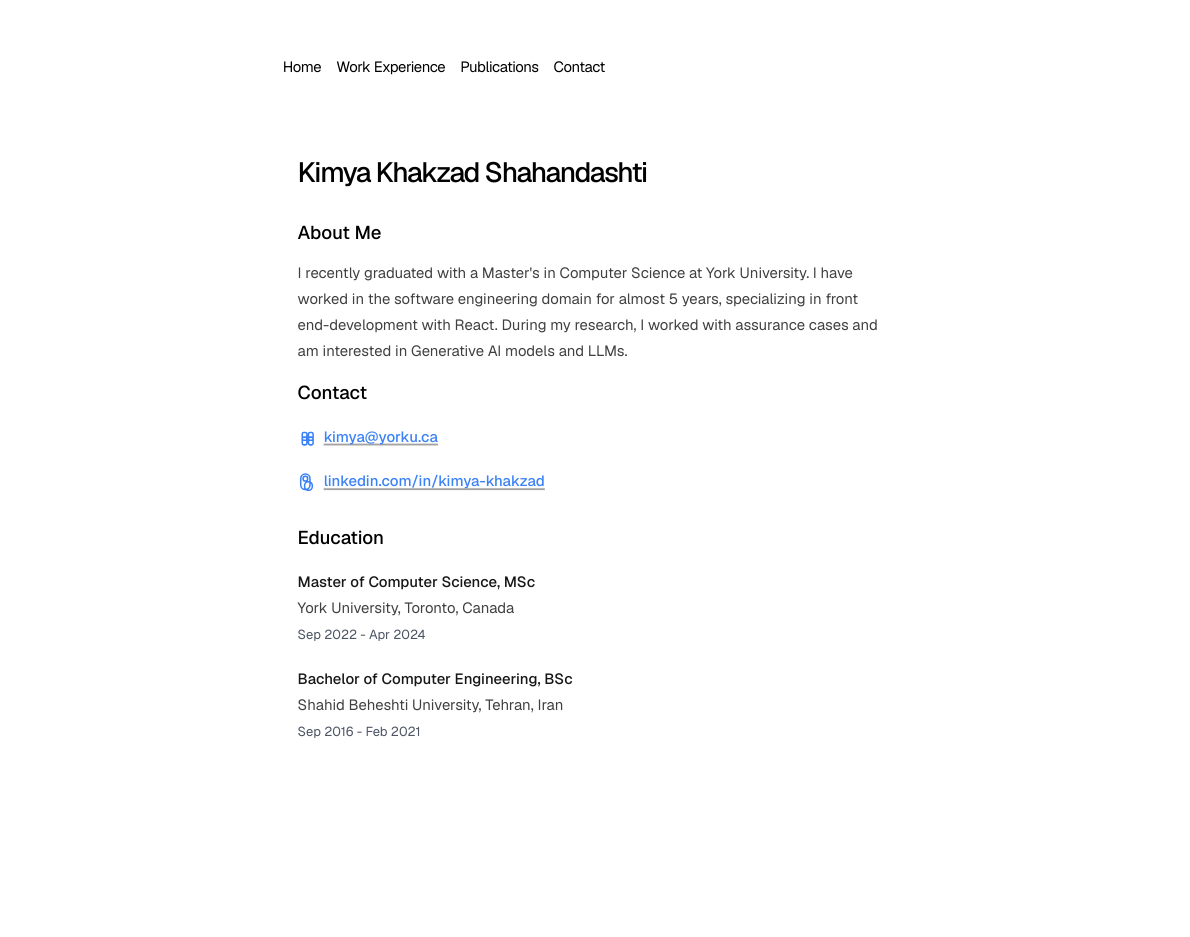
Repository: kimixz/kimixz.github.io
Page: /
An editor plug-in stored every save of this project. The page is shown before and after the next save, followed by the edit.
The browser window is 1280 px wide. The pictures show the whole page, at 93% of full size.
The project was rebuilt for these pictures with package versions that can differ from the ones it lists, and the page was loaded fresh each time. Some packages were replaced by stand-ins written for this rebuild. The framework's server and built-in components were replaced by stand-ins that run in the browser. Also part of the build but not shown: next.config.mjs, app/blog/[slug]/sandpack.tsx.

Above is the page before, as saved 2024-07-28 18:56:07.

### app/page.tsx
export default function Page() {
  return (
    <section className="max-w-3xl mx-auto p-4">
      <h1 className="font-medium text-3xl mb-8 tracking-tighter">Kimya Khakzad Shahandashti</h1>

      <section className="mb-8">
        <h2 className="font-medium text-xl mb-4">About Me</h2>
        <p className="prose prose-neutral dark:prose-invert">
          I recently graduated with a Master's in Computer Science at York University. I have worked in the software engineering domain for almost 5 years, specializing in front end-development with React.
          During my research, I worked with assurance cases and am interested in Generative AI models and LLMs.
        </p>
        <div className="mt-4">
          <h2 className="font-medium text-xl mb-4">Contact</h2>
          <p className="prose prose-neutral dark:prose-invert">
            <a href="mailto:kimya@yorku.ca" className="text-blue-500 flex items-center">
              <svg xmlns="http://www.w3.org/2000/svg" className="h-5 w-5 mr-2" fill="none" viewBox="0 0 24 24" stroke="currentColor">
                <path strokeLinecap="round" strokeLinejoin="round" strokeWidth={2} d="M16 12h2a2 2 0 012 2v6a2 2 0 01-2 2h-2a2 2 0 01-2-2v-6a2 2 0 012-2zm-8 0h2a2 2 0 012 2v6a2 2 0 01-2 2H8a2 2 0 01-2-2v-6a2 2 0 012-2zm8-6h2a2 2 0 012 2v6a2 2 0 01-2 2h-2a2 2 0 01-2-2V8a2 2 0 012-2zm-8 0h2a2 2 0 012 2v6a2 2 0 01-2 2H8a2 2 0 01-2-2V8a2 2 0 012-2z" />
              </svg>
              kimya@yorku.ca
            </a>
            <a href="https://linkedin.com/in/kimya-khakzad" className="text-blue-500 flex items-center mt-2">
              <svg xmlns="http://www.w3.org/2000/svg" className="h-5 w-5 mr-2" fill="none" viewBox="0 0 24 24" stroke="currentColor">
                <path strokeLinecap="round" strokeLinejoin="round" strokeWidth={2} d="M16 8a6 6 0 00-12 0v8a6 6 0 0012 0V8zm-6-3a3 3 0 110 6 3 3 0 010-6zm9 12a5 5 0 00-10 0v1a5 5 0 0010 0v-1z" />
              </svg>
              linkedin.com/in/kimya-khakzad
            </a>
          </p>
        </div>
      </section>

      <section className="mb-8">
        <h2 className="font-medium text-xl mb-4">Education</h2>
        <div className="prose prose-neutral dark:prose-invert">
          <div className="mb-4">
            <strong>Master of Computer Science, MSc</strong><br />
            York University, Toronto, Canada<br />
            <span className="text-sm text-gray-600 dark:text-gray-400">Sep 2022 - Apr 2024</span>
          </div>
          <div>
            <strong>Bachelor of Computer Engineering, BSc</strong><br />
            Shahid Beheshti University, Tehran, Iran<br />
            <span className="text-sm text-gray-600 dark:text-gray-400">Sep 2016 - Feb 2021</span>
          </div>
        </div>
      </section>
    </section>
  );
}

### app/global.css
@tailwind base;
@tailwind components;
@tailwind utilities;

::selection {
  background-color: #47a3f3;
  color: #fefefe;
}

:root {
  --sh-class: #2d5e9d;
  --sh-identifier: #354150;
  --sh-sign: #8996a3;
  --sh-string: #007f7a;
  --sh-keyword: #e02518;
  --sh-comment: #a19595;
  --sh-jsxliterals: #6266d1;
  --sh-property: #e25a1c;
  --sh-entity: #e25a1c;
}

@media (prefers-color-scheme: dark) {
  :root {
    --sh-class: #4c97f8;
    --sh-identifier: white;
    --sh-keyword: #f47067;
    --sh-string: #0fa295;
  }
  html {
    color-scheme: dark;
  }
}

html {
  min-width: 360px;
}

.prose .anchor {
  @apply absolute invisible no-underline;

  margin-left: -1em;
  padding-right: 0.5em;
  width: 80%;
  max-width: 700px;
  cursor: pointer;
}

.anchor:hover {
  @apply visible;
}

.prose a {
  @apply transition-all decoration-neutral-400 dark:decoration-neutral-600 underline-offset-2 decoration-[0.1em];
}

.prose .anchor:after {
  @apply text-neutral-300 dark:text-neutral-700;
  content: '#';
}

.prose *:hover > .anchor {
  @apply visible;
}

.prose pre {
  @apply bg-neutral-50 dark:bg-neutral-900 rounded-lg overflow-x-auto border border-neutral-200 dark:border-neutral-900;
}

.prose code {
  @apply px-1 py-0.5 rounded-lg;
}

.prose pre code {
  @apply p-0;
  border: initial;
  line-height: 1.5;
}

.prose code span {
  @apply font-medium;
}

.prose img {
  /* Don't apply styles to next/image */
  @apply m-0;
}

.prose h2,
h3,
h4 {
  @apply font-medium tracking-tighter !important;
}

.prose strong {
  @apply font-medium;
}

.prose > :first-child {
  /* Override removing top margin, causing layout shift */
  margin-top: 1.25em !important;
  margin-bottom: 1.25em !important;
}

pre::-webkit-scrollbar {
  display: none;
}

pre {
  -ms-overflow-style: none; /* IE and Edge */
  scrollbar-width: none; /* Firefox */
}

/* Remove Safari input shadow on mobile */
input[type='text'],
input[type='email'] {
  -webkit-appearance: none;
  -moz-appearance: none;
  appearance: none;
}

.prose .tweet a {
  text-decoration: inherit;
  font-weight: 500;
}

table {
  display: block;
  max-width: fit-content;
  overflow-x: auto;
  white-space: nowrap;
}

.prose .callout > p {
  margin: 0 !important;
}

.title {
  text-wrap: balance;
}

### app/components/nav.tsx
import Link from 'next/link';

const navItems = {
  '/': {
    name: 'Home',
  },
  '/work': {
    name: 'Work Experience',
  },
  '/publications': {
    name: 'Publications',
  },
  '/contact': {
    name: 'Contact',
  },
};

export function Navbar() {
  return (
    <aside className="-ml-[8px] mb-16 tracking-tight">
      <div className="lg:sticky lg:top-20">
        <nav
          className="flex flex-row items-start relative px-0 pb-0 fade md:overflow-auto scroll-pr-6 md:relative"
          id="nav"
        >
          <div className="flex flex-row space-x-0 pr-10">
            {Object.entries(navItems).map(([path, { name }]) => {
              return (
                <Link
                  key={path}
                  href={path}
                  className="transition-all hover:text-neutral-800 dark:hover:text-neutral-200 flex align-middle relative py-1 px-2"
                >
                  {name}
                </Link>
              );
            })}
          </div>
        </nav>
      </div>
    </aside>
  );
}

Loaded but not shown: app/layout.tsx (common file); tailwind.config.ts (common file)

After the next save:
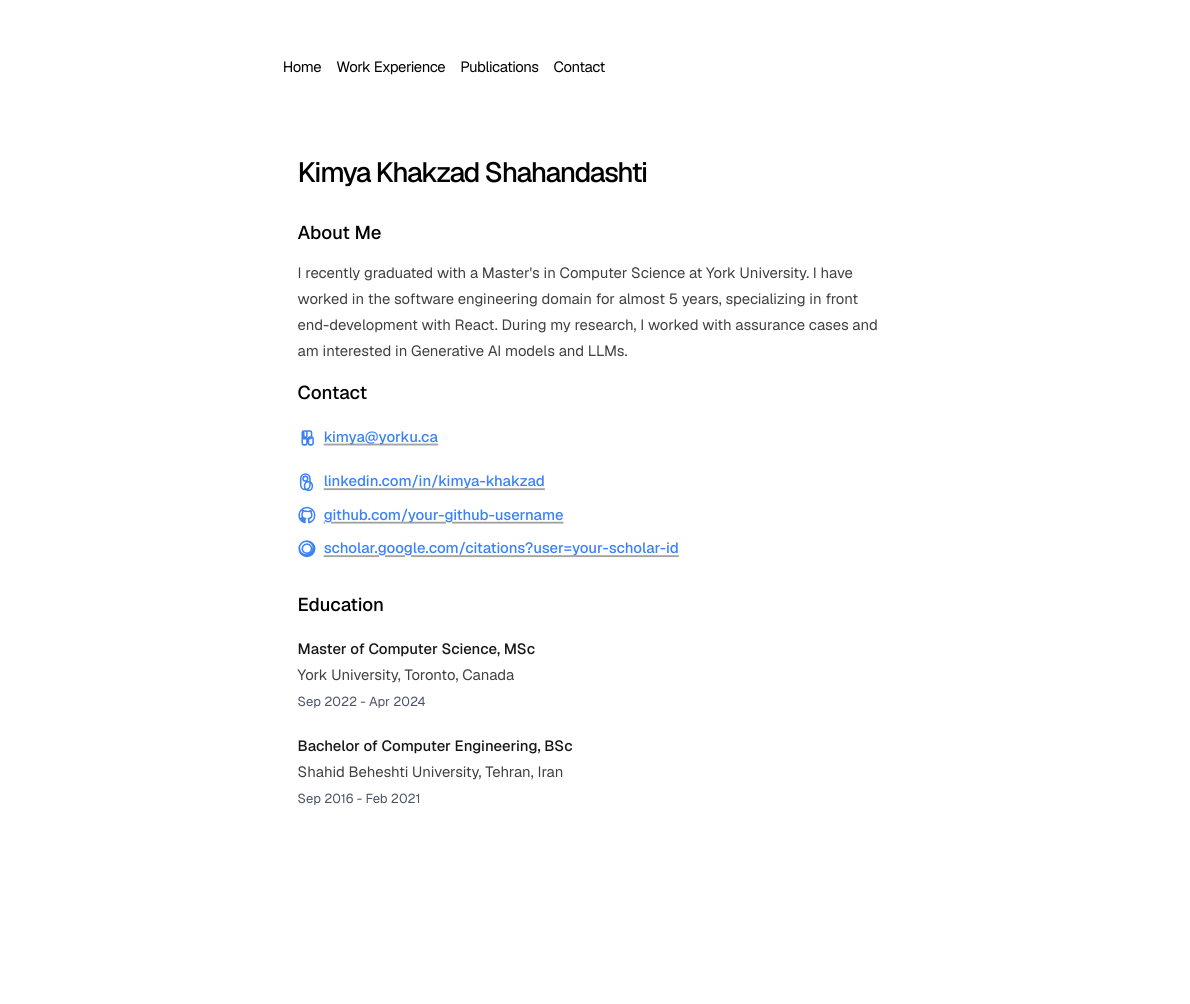
Saved 3 min 6 s later.
--- a/app/page.tsx
+++ b/app/page.tsx
@@ -14,7 +14,7 @@ export default function Page() {
           <p className="prose prose-neutral dark:prose-invert">
             <a href="mailto:kimya@yorku.ca" className="text-blue-500 flex items-center">
               <svg xmlns="http://www.w3.org/2000/svg" className="h-5 w-5 mr-2" fill="none" viewBox="0 0 24 24" stroke="currentColor">
-                <path strokeLinecap="round" strokeLinejoin="round" strokeWidth={2} d="M16 12h2a2 2 0 012 2v6a2 2 0 01-2 2h-2a2 2 0 01-2-2v-6a2 2 0 012-2zm-8 0h2a2 2 0 012 2v6a2 2 0 01-2 2H8a2 2 0 01-2-2v-6a2 2 0 012-2zm8-6h2a2 2 0 012 2v6a2 2 0 01-2 2h-2a2 2 0 01-2-2V8a2 2 0 012-2zm-8 0h2a2 2 0 012 2v6a2 2 0 01-2 2H8a2 2 0 01-2-2V8a2 2 0 012-2z" />
+                <path strokeLinecap="round" strokeLinejoin="round" strokeWidth={2} d="M16 12h2a2 2 0 012 2v6a2 2 0 01-2 2h-2a2 2 0 01-2-2v-6a2 2 0 012-2zm-8 0h2a2 2 0 012 2v6a2 2 0 01-2 2H8a2 2 0 01-2-2V8a2 2 0 012-2zM8 4h2a2 2 0 012 2v6a2 2 0 01-2 2H8a2 2 0 01-2-2V6a2 2 0 012-2zm0 0h8a2 2 0 012 2v6a2 2 0 01-2 2H8a2 2 0 01-2-2V6a2 2 0 012-2z" />
               </svg>
               kimya@yorku.ca
             </a>
@@ -23,6 +23,18 @@ export default function Page() {
                 <path strokeLinecap="round" strokeLinejoin="round" strokeWidth={2} d="M16 8a6 6 0 00-12 0v8a6 6 0 0012 0V8zm-6-3a3 3 0 110 6 3 3 0 010-6zm9 12a5 5 0 00-10 0v1a5 5 0 0010 0v-1z" />
               </svg>
               linkedin.com/in/kimya-khakzad
+            </a>
+            <a href="https://github.com/your-github-username" className="text-blue-500 flex items-center mt-2">
+              <svg xmlns="http://www.w3.org/2000/svg" className="h-5 w-5 mr-2" fill="none" viewBox="0 0 24 24" stroke="currentColor">
+                <path strokeLinecap="round" strokeLinejoin="round" strokeWidth={2} d="M12 2C6.477 2 2 6.477 2 12c0 4.418 2.867 8.167 6.839 9.491.5.092.682-.217.682-.483 0-.237-.01-1.02-.015-1.85-2.782.605-3.369-1.34-3.369-1.34-.454-1.165-1.11-1.477-1.11-1.477-.909-.62.069-.607.069-.607 1.004.071 1.531 1.032 1.531 1.032.892 1.53 2.341 1.088 2.91.832.092-.646.349-1.089.636-1.34-2.221-.252-4.555-1.112-4.555-4.951 0-1.093.39-1.987 1.029-2.688-.103-.253-.446-1.272.098-2.65 0 0 .84-.27 2.75 1.025A9.563 9.563 0 0112 6.844c.851.004 1.705.115 2.504.336 1.91-1.295 2.75-1.025 2.75-1.025.544 1.378.201 2.397.098 2.65.64.701 1.029 1.595 1.029 2.688 0 3.849-2.336 4.695-4.565 4.942.359.309.679.92.679 1.855 0 1.34-.012 2.422-.012 2.75 0 .269.18.579.688.481C19.134 20.165 22 16.418 22 12c0-5.523-4.477-10-10-10z" />
+              </svg>
+              github.com/your-github-username
+            </a>
+            <a href="https://scholar.google.com/citations?user=your-scholar-id" className="text-blue-500 flex items-center mt-2">
+              <svg xmlns="http://www.w3.org/2000/svg" className="h-5 w-5 mr-2" fill="none" viewBox="0 0 24 24" stroke="currentColor">
+                <path strokeLinecap="round" strokeLinejoin="round" strokeWidth={2} d="M12 2a10 10 0 00-10 10 10 10 0 0010 10 10 10 0 0010-10 10 10 0 00-10-10zM4.93 4.93a9 9 0 1112.728 12.728A9 9 0 014.93 4.93zM12 6a6 6 0 00-5.294 8.83A6 6 0 0012 18a6 6 0 005.294-3.17A6 6 0 0012 6z" />
+              </svg>
+              scholar.google.com/citations?user=your-scholar-id
             </a>
           </p>
         </div>
